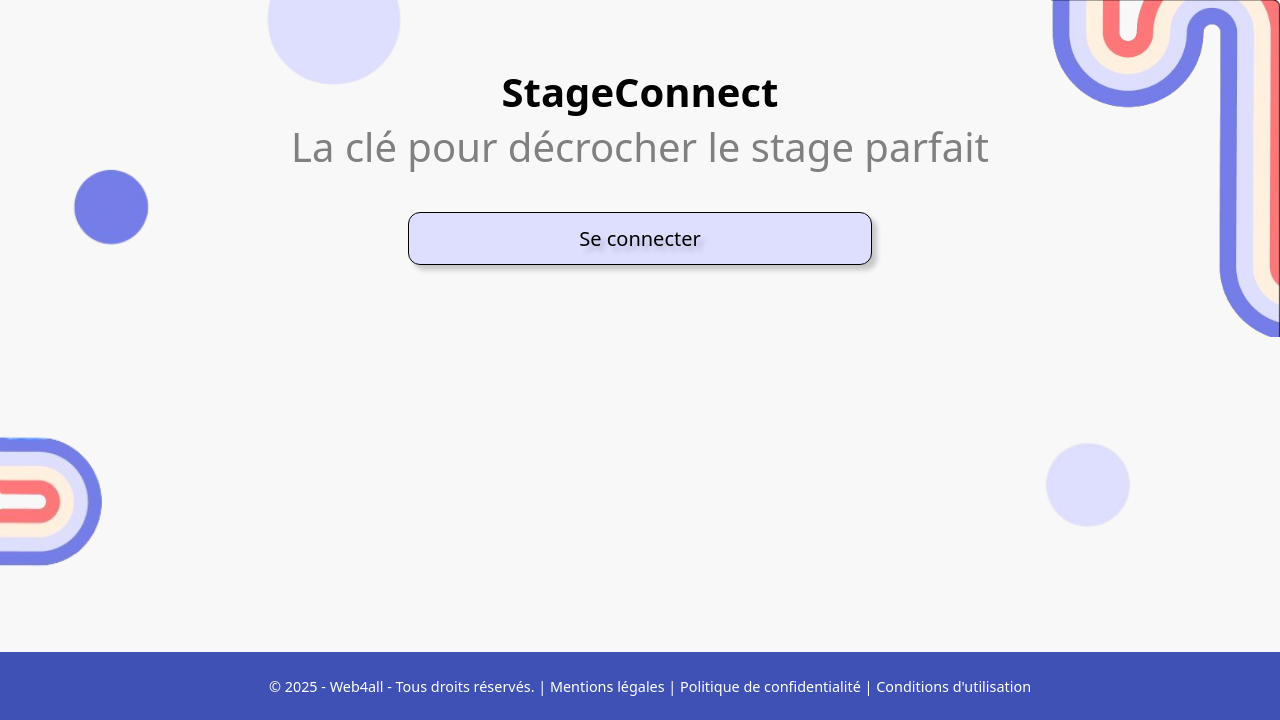
Repository: Guyllem/GroupeWeb
Page: index.html
The author's editor kept a copy of each file at every save. The page is drawn from the files as they stood at one save, then again after a run of saves.
The browser window is 1280 px wide. The pictures show the whole page.

Above is the page before, as saved 2025-02-28 21:07:40.

After the next 3 saves:
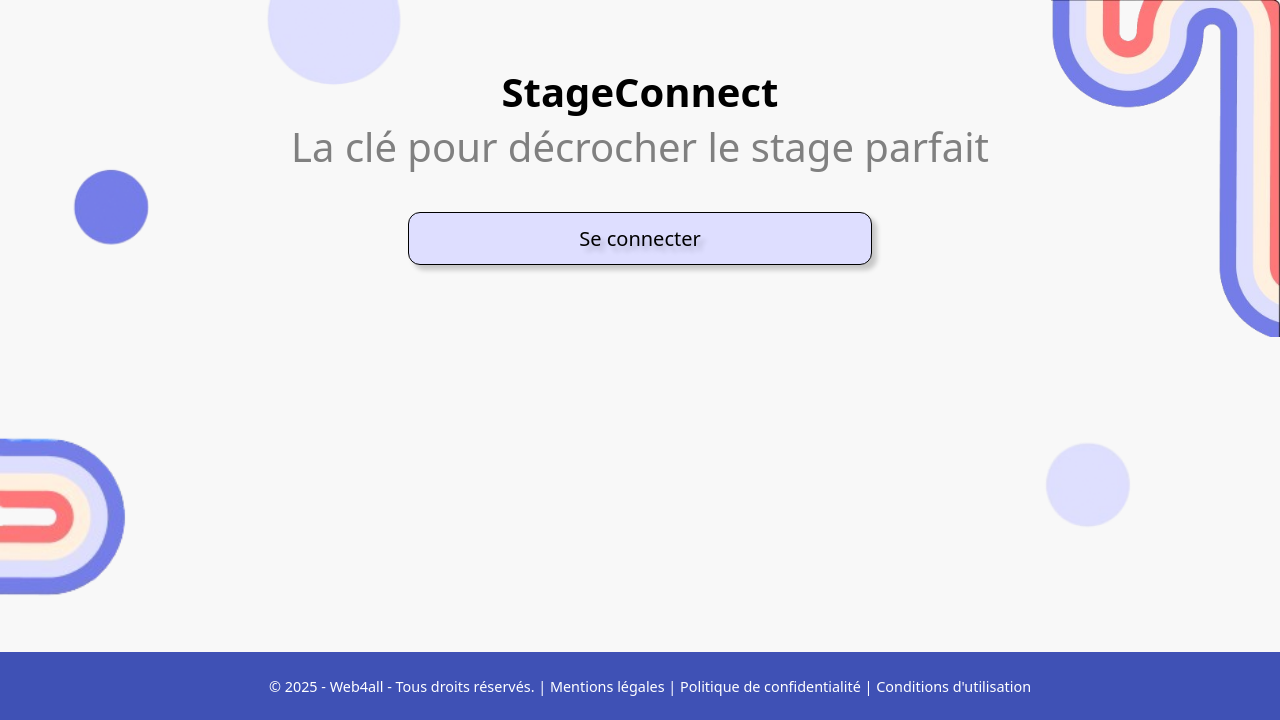
The 3 saves are shown as one change because they came seconds apart.
The last was saved 13 s later.
--- a/styles.css
+++ b/styles.css
@@ -100,7 +100,8 @@ footer a {
     position:fixed;
     margin: 0;
     padding: 0;
-    width: 9%;
+    width: 11%;
+    height: auto;
     left: 0;
     top: 60%;
 }
